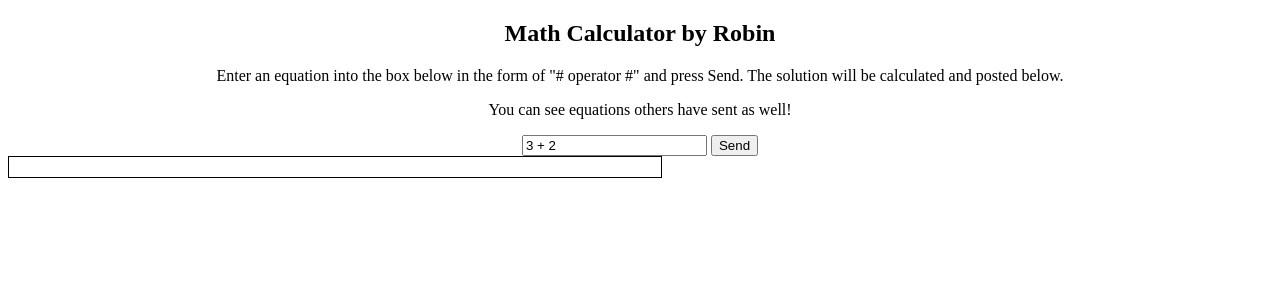
Repository: robinexcalibur/BasicMathServer
Page: EclipseMathWebServer/MathWebServer/WebContent/index.html
An editor plug-in stored every save of this project. The page is shown before and after the next save, followed by the edit.
The browser window is 1280 px wide. The pictures show the whole page.
The page's requests for data from a server got no answer.

Above is the page before, as saved 2020-05-27 19:02:49.

### EclipseMathWebServer/MathWebServer/WebContent/index.html
<!DOCTYPE html>
<html>
<head>
	<title>Simple Math Calculator</title>

	<script>
	    var messageWaiting = false;
	    function getEquations(){
	        if(!messageWaiting){
	            messageWaiting = true;
	            var request = new XMLHttpRequest();
	            request.onreadystatechange=function(){
	                if (request.readyState==4 && request.status==200) {
	                    messageWaiting = false;
	                    document.getElementById("equa").innerHTML = request.responseText;
	                }
	            }
	            request.open("GET", "/MathWebServer/math");
	            request.send();
	        }
	    }
	    setInterval(getEquations, 500);


		function postEquation(){
			var post = new XMLHttpRequest();
			post.open("POST", "/MathWebServer/math");
			post.setRequestHeader("Content-type", "application/x-www-form-urlencoded");
			var equation = document.getElementById('equation').value
			post.send("equation=" + encodeURIComponent(equation));
		}

	</script>
</head>
<body onload="getEquations()">
	<div style="text-align: center;">
		<h2>Math Calculator by Robin</h2>
		<p>Enter an equation into the box below in the form of "# operator #" and press Send. The solution will be calculated and posted below.</p>
		<p>You can see equations others have sent as well!</p>
		<input id="equation" type="text" name="equation" value="3 + 2">
		<input type="submit" value="Send" onclick="postEquation()">

		<div id="equa" style="padding:10px; border: 1px solid black;width:50%;"></div>
	</div>

</body>
</html>

After the next save:
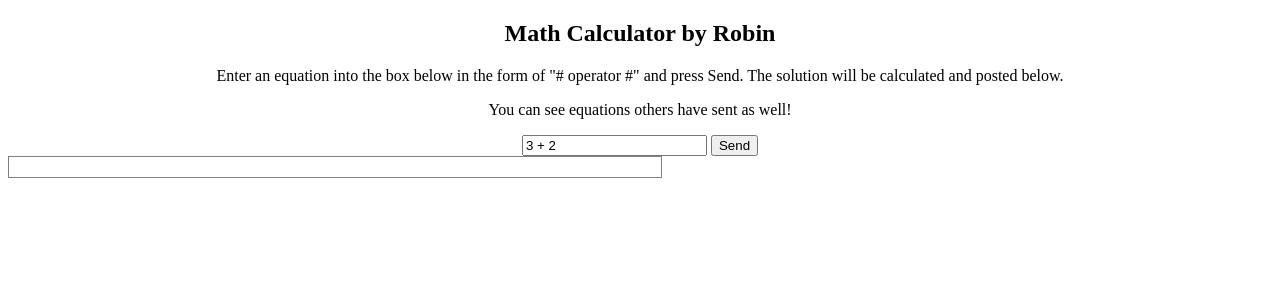
Saved 26 s later.
--- a/EclipseMathWebServer/MathWebServer/WebContent/index.html
+++ b/EclipseMathWebServer/MathWebServer/WebContent/index.html
@@ -40,7 +40,7 @@
 		<input id="equation" type="text" name="equation" value="3 + 2">
 		<input type="submit" value="Send" onclick="postEquation()">
 
-		<div id="equa" style="padding:10px; border: 1px solid black;width:50%;"></div>
+		<div id="equa" style="padding:10px; border: 1px solid grey;width:50%;"></div>
 	</div>
 
 </body>
